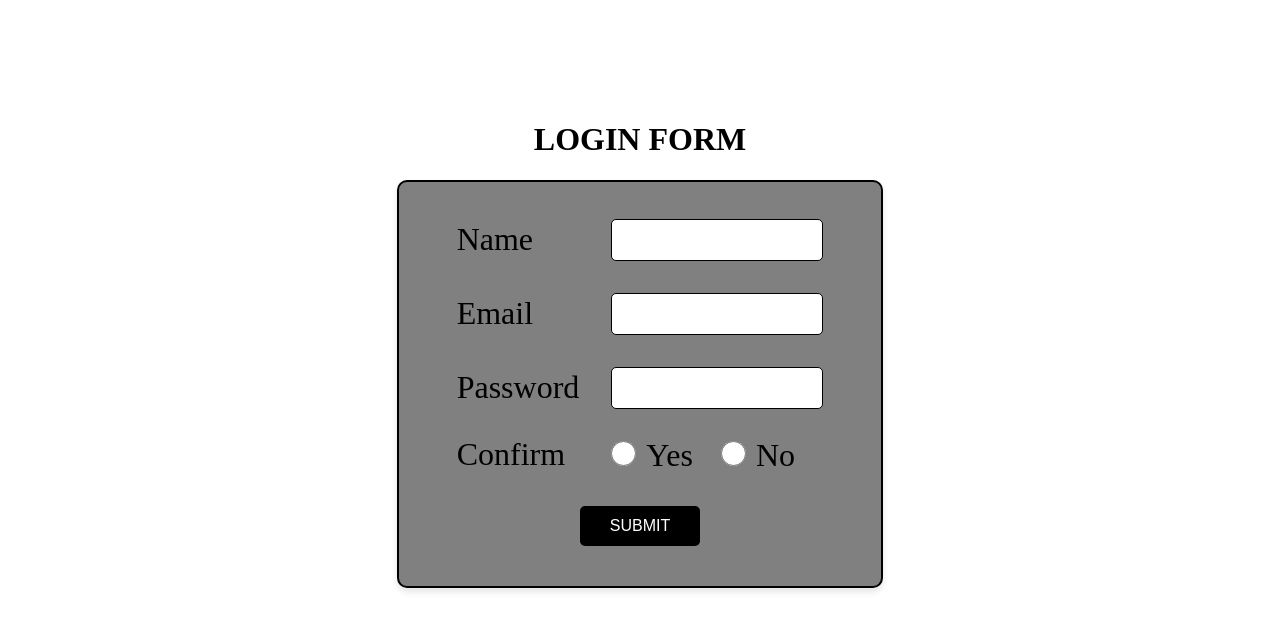
Repository: obusakthi539/Loginform
Page: Form.html
The author's editor kept a copy of each file at every save. The page is drawn from the files as they stood at one save, then again after the next save.
The browser window is 1280 px wide. The pictures show the whole page.

Above is the page before, as saved 2025-01-11 14:27:51.

After the next save:
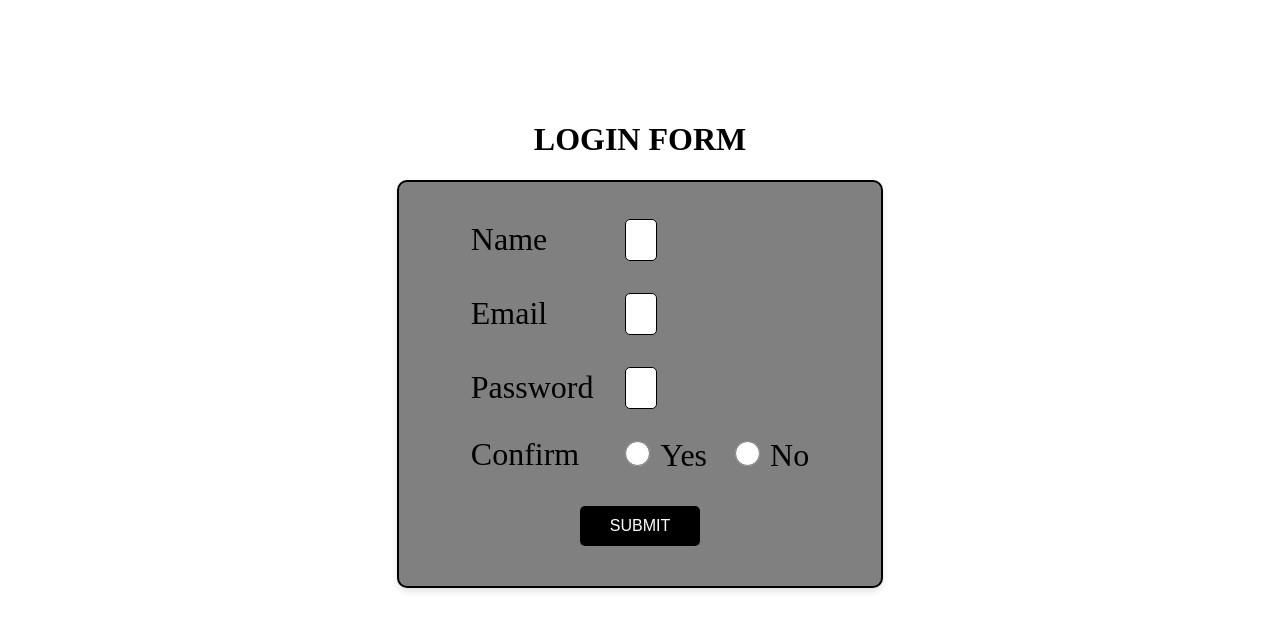
Saved 5 s later.
--- a/Form.html
+++ b/Form.html
@@ -24,7 +24,7 @@
             box-shadow: 0px 4px 6px rgba(0, 0, 0, 0.1);
         }
         .a input {
-            width: 200px;
+            width: 20px;
             height: 30px;
             margin: 5px 0;
             border: 1px solid black;
